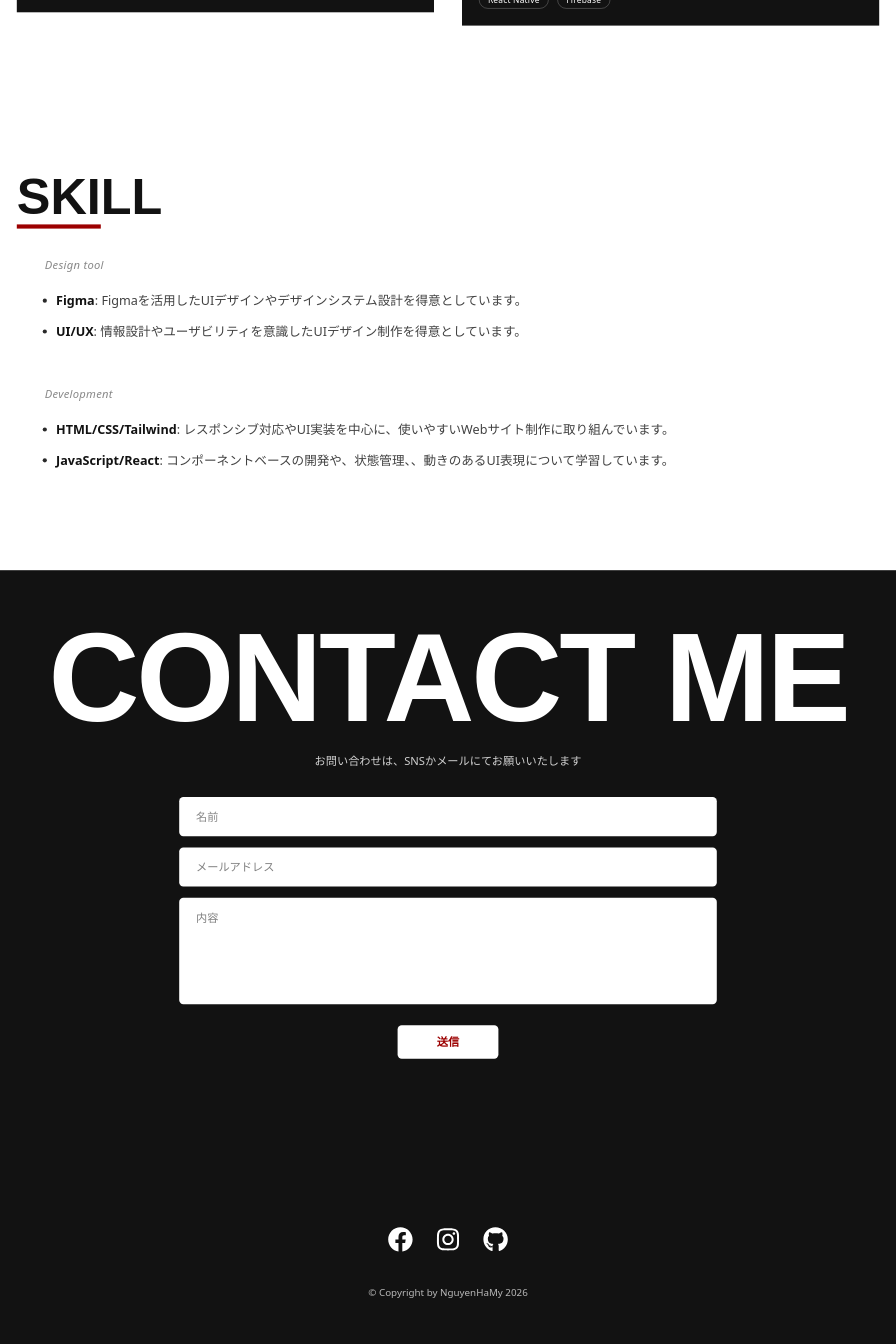
Repository: meme2603/Portfolio-HaMy
Page: / (app in my-portfolio/)
An editor plug-in stored every save of this project. The page is shown before and after the next save, followed by the edit.
The browser window is 1280 px wide. The pictures show the part of the page from y = 4562 to 6482 px (the page is 6482 px tall before and 6266 px after), at 70% of full size.
Some web fonts or font styles are not loaded; a fallback is used. The project was rebuilt for these pictures with package versions that can differ from the ones it lists, and the page was loaded fresh each time. Also part of the build but not shown: my-portfolio/vite.config.js.

Above is the page before, as saved 2026-05-29 14:53:12.

### my-portfolio/index.html
<!doctype html>
<html lang="ja">
  <head>
    <meta charset="UTF-8" />

    <link rel="icon" type="image/png" href="/memex2.png" />
    <meta name="viewport" content="width=device-width, initial-scale=1.0" />
    <title>My Portfolio</title>
    <link rel="preconnect" href="https://fonts.googleapis.com" />
    <link rel="preconnect" href="https://fonts.gstatic.com" crossorigin />
    <link
      href="https://fonts.googleapis.com/css2?family=Akshar:wght@300..700&family=Poppins:wght@300;400;600;700&display=swap"
      rel="stylesheet"
    />
  </head>
  <body>
    <div id="root"></div>

    <script type="module" src="/src/main.jsx"></script>
  </body>
</html>

### my-portfolio/src/main.jsx
import React from "react";
import ReactDOM from "react-dom/client";
import App from "./App";
import "./index.css";

ReactDOM.createRoot(document.getElementById("root")).render(
  <React.StrictMode>
    <App />
  </React.StrictMode>,
);

### my-portfolio/src/App.jsx
import Header from "./components/Header";
import Hero from "./components/Hero";
import About from "./components/About";
import Projects from "./components/Projects";
import Skills from "./components/Skills";
import Contact from "./components/Contact";
function App() {
  return (
    <div className="App">
      <Header />
      <Hero />
      <About />
      <Projects />
      <Skills />
      <Contact />
    </div>
  );
}

export default App;

### my-portfolio/src/index.css
@import "tailwindcss";
@theme {
  --color-primary: #9c0000;
  --color-background: #fff;
  --color-font: #121212;

  --opacity-overlay: 0.65;
  --opacity-glass: 0.1;

  --font-poppins: "Poppins", sans-serif;
  --font-akshar: "Akshar", sans-serif;
}

### my-portfolio/src/components/Header.jsx
import { useState } from "react";
function MenuItem({ text }) {
  return (
    <li>
      <a
        href={`#${text.toLowerCase()}`}
        className="text-primary text-xl relative group transition-colors"
      >
        {text}
        <span
          className="
            absolute left-0 -bottom-[4px] w-0 h-[1px] bg-primary
            transition-all duration-300 group-hover:w-full
          "
        ></span>
      </a>
    </li>
  );
}

function Header() {
  const [isOpen, setIsOpen] = useState(false);
  const menuItems = ["About", "Projects", "Contact"];
  return (
    <header className="fixed top-0 left-0 w-full h-24 bg-background border-b border-gray-300 z-60">
      <div className="max-w-7xl mx-auto h-full px-6 flex justify-between items-center">
        <div className="shrink-0">
          <a
            href="/"
            className="text-4xl text-primary font-semibold font-akshar"
          >
            HA MY
          </a>
        </div>

        <nav className="hidden lg:block">
          <ul className="flex space-x-10">
            {menuItems.map((item) => (
              <MenuItem key={item} text={item} />
            ))}
          </ul>
        </nav>

        <button
          onClick={() => setIsOpen(!isOpen)}
          className="block lg:hidden text-primary focus:outline-none z-50"
          aria-label="Menu"
        >
          <svg
            xmlns="http://www.w3.org/2000/svg"
            className="h-8 w-8"
            fill="none"
            viewBox="0 0 24 24"
            stroke="currentColor"
          >
            <path
              strokeLinecap="round"
              strokeLinejoin="round"
              strokeWidth="2"
              d={isOpen ? "M6 18L18 6M6 6l12 12" : "M4 6h16M4 12h16M4 18h16"}
            />
          </svg>
        </button>

        <div
          className={`
            absolute top-24 left-0 w-full bg-background border-b border-gray-300
            flex flex-col items-center shadow-lg lg:hidden
            overflow-hidden transition-all duration-700 ease-in-out
            ${isOpen ? "max-h-96 opacity-100 py-8 space-y-6" : "max-h-0 opacity-0 py-0 space-y-0 border-none"}
          `}
        >
          <div className="flex flex-col items-center w-full py-6 space-y-6">
            <a
              href="#about"
              onClick={() => setIsOpen(false)}
              className="text-primary text-2xl transition-opacity duration-700"
            >
              About
            </a>
            <a
              href="#projects"
              onClick={() => setIsOpen(false)}
              className="text-primary text-2xl transition-opacity duration-700"
            >
              Projects
            </a>
            <a
              href="#contact"
              onClick={() => setIsOpen(false)}
              className="text-primary text-2xl transition-opacity duration-700"
            >
              Contact
            </a>
          </div>
        </div>
      </div>
    </header>
  );
}

export default Header;

### my-portfolio/src/components/Hero.jsx
import avatarImg from "../assets/avatar.png";
function Hero() {
  return (
    <section className="relative w-full h-[calc(100vh-88px)] mt-24 bg-background overflow-hidden flex flex-col items-center pb-16">
      <div className="w-full pt-10 pb-5 z-20">
        <h1
          className="
            text-[90px]
            md:text-[140px]
            lg:text-[210px]
            font-bold
            font-akshar
            text-center
            leading-[0.7]
            text-font
            tracking-tighter
          "
        >
          PORTFOLIO
        </h1>
      </div>

      <div className="relative w-full max-w-[1440px] flex flex-col md:flex-row items-center md:items-end justify-center z-30">
        {/* LEFT */}
        <div className="flex-1 flex justify-center pb-8 md:pb-60 lg:pb-80">
          <div className="flex flex-col items-center text-center space-y-2">
            <p className="text-sm md:text-base lg:text-lg font-poppins">Hi!</p>

            <p className="text-sm md:text-base lg:text-lg font-poppins">
              My name is{" "}
              <span className="font-semibold text-base md:text-lg lg:text-xl font-poppins">
                NGUYEN THI HA MY
              </span>
            </p>

            <p className="text-base md:text-lg lg:text-xl font-light">
              I'm from VietNam
            </p>
          </div>
        </div>

        <div className="relative flex justify-center shrink-0">
          <img
            src={avatarImg}
            alt="Ha My"
            className="
              block
              h-[320px]
              md:h-[460px]
              lg:h-[601px]
              object-cover

            "
          />
        </div>

        <div className="flex-1 flex justify-center pb-8 md:pb-60 lg:pb-80">
          <div className="flex flex-col text-center space-y-2">
            <p className="text-base md:text-lg lg:text-xl font-light">
              I'm{" "}
              <span className="font-semibold text-base md:text-lg lg:text-xl">
                UI/UX Designer
              </span>{" "}
              and
            </p>

            <p className="text-base md:text-lg lg:text-xl font-semibold font-poppins">
              Design Engineer
            </p>

            <p className="text-sm md:text-base lg:text-lg font-light font-poppins">
              Now I'm living in Japan.
            </p>
          </div>
        </div>
      </div>
      <div className="absolute h-13 bottom-0 left-0 w-full bg-font py-3 md:py-4"></div>
      <div className="relative w-full mt-0 md:mt-0 lg:-mt-40 z-40">
        <div className="relative flex justify-center leading-none -mb-8 lg:-mb-12">
          <span
            className="
              absolute
              inset-0
              flex
              justify-center
              translate-x-[4px]
              translate-y-[4px]
              lg:text-[200px]
              md:text-[110px]
              sm:text-[80px]
              font-bold
              font-akshar
              tracking-tighter
              text-font
            "
          >
            Designer
          </span>

          <h2
            className="
              relative
              lg:text-[200px]
              md:text-[110px]
              sm:text-[80px]
              font-bold
              font-akshar
              tracking-tighter
              text-primary
            "
          >
            Designer
          </h2>
        </div>
      </div>

      {/* <div
        className="absolute
                  bottom-3
                  left-1/2
                  -translate-x-1/2
                  z-50
                  px-10
                  py-0.5"
      >
        <p className="text-background text-center text-[10px] md:text-xs font-light tracking-[2px]">
          This is my portfolio. Hope you enjoy it !
        </p>
      </div> */}
    </section>
  );
}

export default Hero;

### my-portfolio/src/components/About.jsx
import aboutImg from "../assets/about.jpg";
function About() {
  return (
    <section className="relative w-full h-auto py-24 bg-background overflow-hidden mt-16">
      <div className="max-w-7xl mx-auto px-6 md:px-10">
        {/* TITLE */}
        <div className="mb-16">
          <h1 className="text-5xl md:text-6xl lg:text-7xl font-bold font-akshar text-font leading-none">
            ABOUT ME
          </h1>

          <div className="w-[80px] md:w-[100px] lg:w-[120px] lg:h-[6px] md:h-[5px] h-[4px] bg-primary mt-1"></div>
        </div>

        {/* CONTENT */}
        <div className="flex flex-col lg:flex-row items-center lg:items-start gap-16">
          {/* LEFT */}
          <div className="w-full lg:w-[380px] shrink-0">
            <div className="bg-white rounded-2xl shadow-md p-5">
              <img
                src={aboutImg}
                alt="About Me"
                className="w-full  h-[300px] object-cover rounded-xl"
              />

              <div className="mt-5">
                <h2 className="text-3xl font-akshar font-bold tracking-wide text-font">
                  NGUYEN THI HA MY
                </h2>

                <p className="text-font/70 text-lg mt-1">2001.03.30</p>
              </div>

              <div className="flex gap-3 mt-6">
                <span className="border border-font rounded-full px-4 py-2 text-sm">
                  UI/UX Designer
                </span>

                <span className="border border-font rounded-full px-4 py-2 text-sm">
                  Design Engineer
                </span>
              </div>
            </div>
          </div>

          {/* RIGHT */}
          <div className="flex-1 max-w-[760px]">
            <h2 className="text-2xl md:text-3xl font-semibold font-akshar text-primary tracking-[4px] mb-8">
              PROFILE!!
            </h2>

            <div className="space-y-6 text-font leading-[2.2] text-sm md:text-base lg:text-lg">
              <p>
                ベトナム出身の
                <span className="font-semibold">
                  グエン ティ ハ ミー（ NGUYEN THI HA MY）
                </span>
                です。
              </p>

              <p>
                現在は専門学校で、
                <span className="font-semibold">デザインやコーディング </span>
                について学びながらWeb制作やフロントエンド技術の基礎を学んでおります。
              </p>

              <p>
                2021年に来日し、最初の1年間は日本語学校で日本語を学びました。
                <br />
                その後、ビジネス専門学校に進学し、日本の文化やビジネスマナー、コミュニケーション力を身につけてまいりました。
                その中で、コンピュータの授業を通して、Webデザインという職業があることを初めて知り、興味を持つようになりました。
              </p>

              <p>
                留学生として日本とベトナム両方の文化に触れてきた経験を活かし、将来はユーザーの多様な視点やニーズを理解し、最適な体験をデザインする
                <span className="font-semibold text-primary text-xl">
                  UI/UXデザイナー
                </span>
                を目指しております。
              </p>
            </div>
          </div>
        </div>
      </div>
    </section>
  );
}
export default About;

### my-portfolio/src/components/Projects.jsx
import ProjectSection from "./ProjectSection";
import { websiteProjects, appProjects } from "./ProjectsData";

function Projects() {
  return (
    <section className="pt-20 bg-background">
      <div className="max-w-7xl mx-auto px-6">
        <h1 className="text-5xl md:text-6xl lg:text-7xl font-akshar font-bold text-font">
          PROJECTS
        </h1>
        <div className="w-[80px] md:w-[100px] lg:w-[120px] lg:h-[6px] md:h-[5px] h-[4px] bg-primary mt-1 mb-20"></div>
        <ProjectSection
          title="Website Design"
          description="学校で学んだ知識を活かし、企画からデザイン、コーディングまで一貫して制作したWebプロジェクトです。"
          projects={websiteProjects}
        />
        <ProjectSection
          title="Application Design"
          description="チームプロジェクトとして、企画からUI/UX設計までチームで共同制作したモバイルアプリです。"
          projects={appProjects}
        />
      </div>
    </section>
  );
}

export default Projects;

### my-portfolio/src/components/Skills.jsx
import { skillData } from "./ProjectsData";

function Skill() {
  return (
    <section className="w-full pt-20 pb-16">
      <div className="max-w-7xl mx-auto px-6 pb-10">
        <h2 className="text-5xl md:text-6xl lg:text-7xl font-bold font-akshar text-font leading-none">
          SKILL
        </h2>

        <div className="w-[80px] md:w-[100px] lg:w-[120px] lg:h-[6px] md:h-[5px] h-[4px] bg-primary mt-1"></div>
      </div>

      <div className="max-w-7xl mx-auto px-16 space-y-16">
        {skillData.map((group, index) => (
          <div key={index}>
            <h3 className="text-base font-medium text-font/50 mb-6 tracking-wide italic">
              {group.category}
            </h3>

            <ul className="space-y-4 pl-4">
              {group.skills.map((skill, sIndex) => (
                <li key={sIndex} className="list-disc text-font/90 text-lg">
                  <span className="font-bold text-font">{skill.name}</span>
                  <span className="text-font/80 font-light">
                    : {skill.status} {skill.desc}
                  </span>
                </li>
              ))}
            </ul>
          </div>
        ))}
      </div>
    </section>
  );
}

export default Skill;

### my-portfolio/src/components/Contact.jsx
import { FaFacebook, FaInstagram, FaGithub } from "react-icons/fa";

function Contact() {
  return (
    <section className="bg-font text-background py-16 overflow-hidden mt-20">
      <div className="max-w-7xl mx-auto px-6">
        <h1
          className="
                text-center
                font-akshar
                font-bold
                leading-none
                tracking-tight
                text-[70px]
                sm:text-[100px]
                md:text-[140px]
                lg:text-[180px]
                "
        >
          CONTACT ME
        </h1>
        <p
          className="
                text-center
                text-sm
                md:text-base
                text-white/80
                mt-4
                mb-10
                "
        >
          お問い合わせは、SNSかメールにてお願いいたします
        </p>
        <form className="max-w-3xl mx-auto">
          <input
            type="text"
            placeholder="名前"
            className="
                    w-full
                    bg-background
                    text-font
                    rounded-md
                    px-6
                    py-4
                    mb-4
                    outline-none
                "
          />
          <input
            type="email"
            placeholder="メールアドレス"
            className="
                    w-full
                    bg-white
                    text-black
                    rounded-md
                    px-6
                    py-4
                    mb-4
                    outline-none
                "
          />
          <textarea
            placeholder="内容"
            rows="5"
            className="
                    w-full
                    bg-white
                    text-black
                    rounded-md
                    px-6
                    py-4
                    outline-none
                    resize-none
                "
          ></textarea>
          <div className="flex justify-center mt-6">
            <button
              className="
                    bg-background
                    text-primary
                    px-14
                    py-3
                    rounded-md
                    font-semibold
                    transition-all
                    duration-300
                    hover:scale-105
                    "
            >
              送信
            </button>
          </div>
        </form>
        <div className="flex justify-center gap-8 mt-60 text-4xl">
          <a href="/" className="hover:scale-110 transition-all duration-300">
            <FaFacebook />
          </a>

          <a href="/" className="hover:scale-110 transition-all duration-300">
            <FaInstagram />
          </a>

          <a href="/" className="hover:scale-110 transition-all duration-300">
            <FaGithub />
          </a>
        </div>

        {/* COPYRIGHT */}
        <p
          className="
                text-center
                text-sm
                text-white/70

                mt-12
                "
        >
          © Copyright by NguyenHaMy 2026
        </p>
      </div>
    </section>
  );
}

export default Contact;

### my-portfolio/src/components/ProjectSection.jsx
import ProjectCard from "./ProjectCard";

function ProjectSection({ title, description, projects }) {
  return (
    <section className="mb-32">
      <h2
        className="
          text-[32px]
          leading-none
          font-bold
          font-akshar
          tracking-tight
          text-primary
        "
      >
        {title}
      </h2>

      <p
        className="
          mt-4
          text-font/70
          leading-relaxed
        "
      >
        {description}
      </p>

      <div className="grid grid-cols-1 md:grid-cols-2 gap-10 mt-14">
        {projects.slice(0, 4).map((project, index) => (
          <ProjectCard
            key={index}
            year={project.year}
            title={project.title}
            titleJP={project.titleJP}
            description={project.desc}
            tags={project.tags}
            image={project.img}
          />
        ))}
      </div>
    </section>
  );
}

export default ProjectSection;

### my-portfolio/src/components/ProjectsData.js
// projectsData.js
// 1. Import ảnh ở đầu file để JS hiểu đường dẫn
import portfoliothumb from "../assets/portfoliothumb.jpg";
import coffeethumb from "../assets/coffeethumb.jpg";
import sneakerthumb from "../assets/sneakerthumb.jpg";
import okayamathumb from "../assets/okayamathumb.jpg";
import nemurathumb from "../assets/nemurathumb.jpg";
import easycookthumb from "../assets/easycookthumb.jpg";

export const websiteProjects = [
  {
    year: "2025",
    title: "Coffee Shop",
    titleJP: "カフェショップサイト",
    desc: "家族みんなが安心して過ごせるカフェをテーマに、Webサイトを制作しました。",
    tags: ["Figma", "HTML", "CSS", "JavaScript"],
    img: coffeethumb,
  },
  {
    year: "2026",
    title: "Portfolio.",
    titleJP: "ポートフォリオ",
    desc: "就職活動のために制作したポートフォリオサイトです。",
    tags: ["Figma", "React", "Tailwind"],
    img: portfoliothumb,
  },
  {
    year: "2025",
    title: "Sneaker LP",
    titleJP: "スニーカーLP",
    desc: "新作スニーカーの販売に向けた、ランディングページを制作しました。",
    tags: ["Figma", "HTML", "SCSS"],
    img: sneakerthumb,
  },
  {
    year: "2025",
    title: "Okayama kankou",
    titleJP: "観光サイト",
    desc: "昔話「桃太郎」をテーマに、岡山の伝説・史実・文化を体験できる観光サイトを制作しました。",
    tags: ["Figma", "UI/UX"],
    img: okayamathumb,
  },
];

export const appProjects = [
  {
    year: "2025",
    title: "EASY COOK APP",
    titleJP: "お弁当を提案するアプリ",
    desc: "家にある食材を活用し、親子で楽しくお弁当作りができるアプリです。忙しい日常の中でも、親子のコミュニケーションを自然に深められる体験の提供を目的としています。",
    tags: ["React Native", "Firebase"],
    img: easycookthumb,
  },
  {
    year: "2025-2026",
    title: "Nemura APP",
    titleJP: "一日寝落ち系AIニュースキュレーションアプリです。",
    desc: "本作は、SNSやニュースの情報をAIで要約し、 マスコットキャラクター「ねむら」が読み聞かせる形式で提供する。夜の短い時間で必要な内容だけを無理なく確認できるよう設計しました。",
    tags: ["React Native", "Firebase"],
    img: nemurathumb,
  },
];

// skillsData.js
export const skillData = [
  {
    category: "Design tool",
    skills: [
      {
        name: "Figma",
        // status: "上級",
        desc: "Figmaを活用したUIデザインやデザインシステム設計を得意としています。",
      },
      {
        name: "UI/UX",
        // status: "上級",
        desc: "情報設計やユーザビリティを意識したUIデザイン制作を得意としています。",
      },
    ],
  },
  {
    category: "Development",
    skills: [
      {
        name: "HTML/CSS/Tailwind",
        // status: "基礎レベル",
        desc: "レスポンシブ対応やUI実装を中心に、使いやすいWebサイト制作に取り組んでいます。",
      },
      {
        name: "JavaScript/React",
        // status: "基礎知識・学習中",
        desc: "コンポーネントベースの開発や、状態管理、、動きのあるUI表現について学習しています。",
      },
    ],
  },
];

### my-portfolio/src/components/ProjectCard.jsx
// ProjectCard = component dùng để hiển thị 1 project card
function ProjectCard({ year, title, titleJP, description, tags, image }) {
  return (
    <div className="group cursor-pointer ">
      <div className="overflow-hidden bg-font">
        <img
          src={image}
          alt={title}
          className="
            w-full
            object-cover
            transition-all
            duration-500
            group-hover:scale-105
            group-hover:opacity-90
          "
        />
      </div>

      {/* INFO */}
      <div className="bg-font text-background px-6 py-6 ">
        <div className="flex items-start justify-between">
          <div>
            {/* ĐIỀN NĂM VÀO ĐÂY */}
            <p className="text-[12px] tracking-[2px] text-background/60 ">
              {year}
            </p>

            {/* ĐIỀN TIÊU ĐỀ VÀO ĐÂY */}
            <h3
              className="
                text-[40px]
                leading-none
                font-bold
                font-akshar
                tracking-tight
                mt-2
              "
            >
              {title}
            </h3>

            {/* ĐIỀN TIẾNG NHẬT VÀO ĐÂY */}
            <p className="text-sm text-background/70 mt-2">{titleJP}</p>

            {/* ĐIỀN MÔ TẢ VÀO ĐÂY */}
            <p className="text-xs text-background/50 leading-relaxed mt-4">
              {description}
            </p>
          </div>

          <div
            className="
              text-3xl
              transition-transform
              duration-300
              group-hover:translate-x-1
              group-hover:-translate-y-1
            "
          >
            ↗
          </div>
        </div>

        {/* BOTTOM - CHỖ NÀY ĐỂ HIỆN TAGS TỰ ĐỘNG NÈ */}
        <div className="mt-8 flex items-center gap-3 flex-wrap">
          {tags &&
            tags.map((tag, index) => (
              <span
                key={index}
                className="
                border
                border-background/30
                rounded-full
                px-3
                py-1
                text-xs
                tracking-wide
              "
              >
                {tag}
              </span>
            ))}
        </div>
      </div>
    </div>
  );
}

export default ProjectCard;

After the next save:
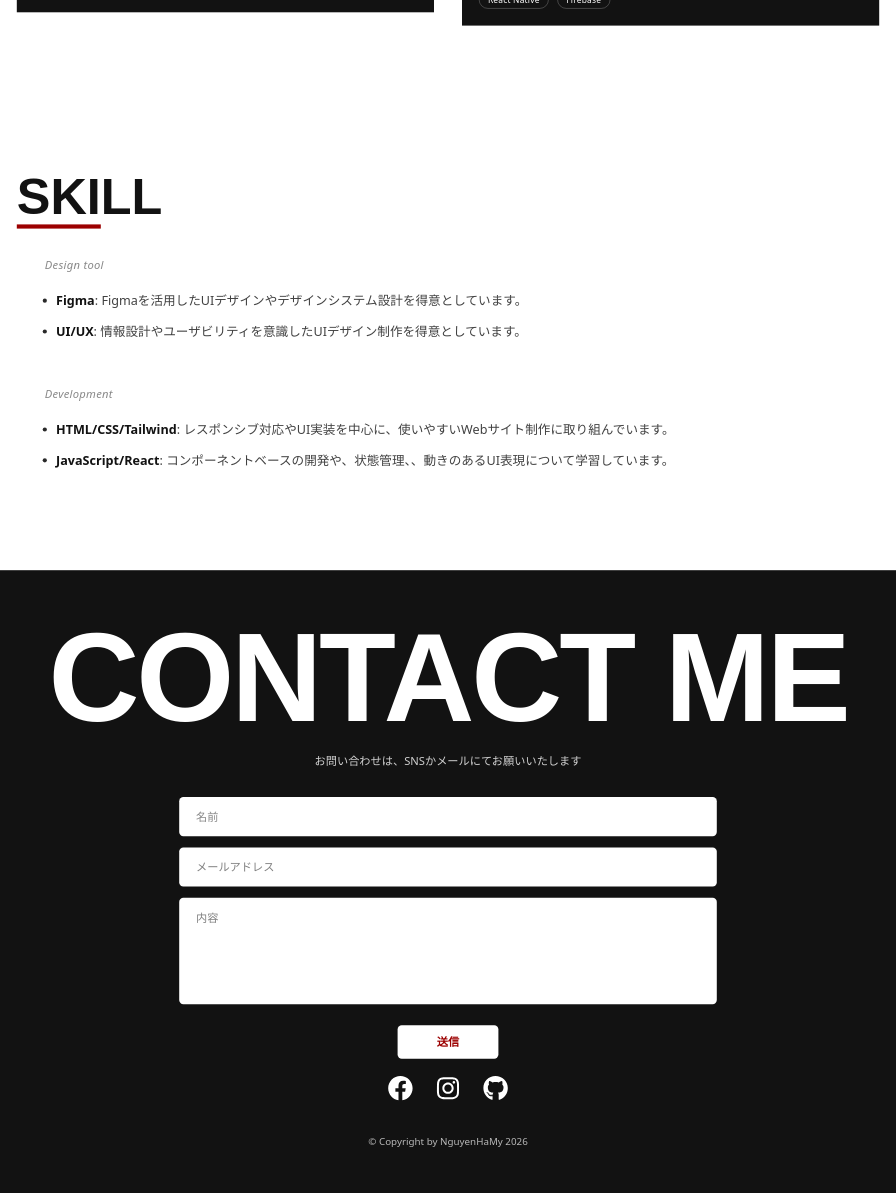
Saved 16 s later.
--- a/my-portfolio/src/components/Contact.jsx
+++ b/my-portfolio/src/components/Contact.jsx
@@ -92,7 +92,7 @@ function Contact() {
             </button>
           </div>
         </form>
-        <div className="flex justify-center gap-8 mt-60 text-4xl">
+        <div className="flex justify-center gap-8 mt-6 text-4xl">
           <a href="/" className="hover:scale-110 transition-all duration-300">
             <FaFacebook />
           </a>
